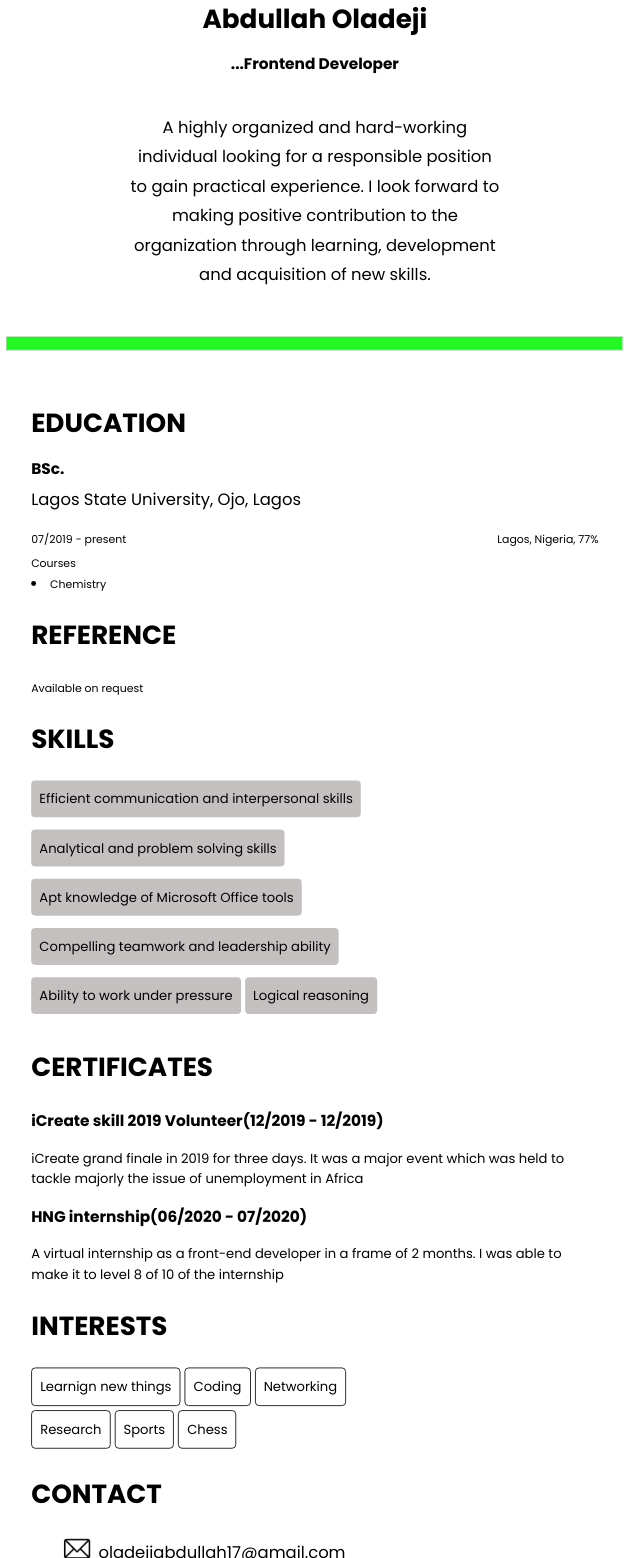
Repository: BuduCE/ResumeHNG
Page: index.html
An editor plug-in stored every save of this project. The page is shown before and after a run of saves, followed by the edit.
The browser window is 768 px wide. The pictures show the part of the page from y = 307 to 2207 px (the page is 3354 px tall before and 3333 px after), at 82% of full size.
A picture or video elsewhere on the page could not be fetched, so the positions and the page height are approximate. Some web libraries are served in a nearby version.

Above is the page before, as saved 2021-08-21 23:52:16.

### index.html
<!DOCTYPE html>
<html lang="eng">
    <head>
        <meta charset="utf-8">
        <meta name="viewport" content="width=device-width, initial-scale=1.0">
        <title>Abdullah Oladeji Aremu</title>
        <script src="https://kit.fontawesome.com/0f9b9f40b0.js" crossorigin="anonymous"></script>
        <link rel="stylesheet" href="style.css">


    </head>
    <body><!--style="background-color:rgb(109, 155, 201);"-->
        <header>
            <div class="header-img-mob">
                <img src="./images/budu.jpg" alt="Oladeji Abdullah's picture" id="header-abt-img">
            </div>

            <div class="header-abt">
                <h1>Abdullah Oladeji</h1><br>
                <h3>...Frontend Developer</h3><br>
                <p>A highly organized and hard-working individual looking for a responsible position
                    to gain practical experience. I look forward to making positive contribution to the organization through learning, development and
                    acquisition of new skills.</p>
            </div>

            <div class="header-img">
                <img src="./images/budu.jpg" alt="Oladeji Abdullah's picture" id="header-abt-img">
            </div>

            <div class="header-contact">
                <ul>
                    <li><a href="oladejiabdullah17@gmail.com">oladejiabdullah17@gmail.com</a><span><img src="./images/email.png" alt="Message icon"></span></li>

                    <li>07017320766 <span><img src="./images/smartphone.png" alt="Phone icon"></span></li>

                    <li>Lagos, Nigeria <span><img src="./images/pin.png" alt="Location icon"></span></li>

                    <li><a href="https://www.linkedin.com/in/abdullah-oladeji-340a52191">Oladeji Abdullah</a><span><img src="./images/smartphone.png" alt="Smartphone icon"></span></li>

                    <li><a href="twitter.com/OladejiAbdullah">OladejiAbdullah</a><span><img src="./images/twitter.png" alt="Twitter icon"></span></li>

                    <li><a href="https://github.com/BuduCE">BuduCE</a><span><img src="./images/github-logo.png" alt="Git icon"></span></li>

                    <li><a href="https://www.instagram.com/oladeji_abdullah/">oladeji_abdullah</a><span><img src="./images/instagram.png" alt="Instagram icon"></span></li>
                </ul>
            </div>
        </header>

        <hr style="height: 15px; background: rgb(36, 248, 36);">

        <section>
            <div class="left">
                <h1>EDUCATION</h1><br>
                <h3>BSc.</h3><br>
                <p>Lagos State University, Ojo, Lagos</p><br>
                <div style="margin-top: -20px;">
                    <div style="display: flex;justify-content: space-between;">
                        <small>07/2019 - present</small><br>
                        <small>Lagos, Nigeria, 77%</small>
                    </div>
                    <div>
                        <small>Courses</small><br>
                        <li><small>Chemistry</small></li>
                    </div>
                </div>

                <h1>REFERENCE</h1>
                <small>Available on request</small>
            </div>

            <div class="right">
                <h1>SKILLS</h1>
                <ul id="skill-list">
                    <li>Efficient communication and interpersonal skills</li>
                    <li>Analytical and problem solving skills</li>
                    <li>Apt knowledge of Microsoft Office tools</li>
                    <li>Compelling teamwork and leadership ability</li>
                    <div style="display: flex;width: 100%;">
                        <li>Ability to work under pressure</li>
                        <li class="interest-list-align">Logical reasoning</li>
                    </div>
                </ul>

                <h1>CERTIFICATES</h1>
                <h3>iCreate skill 2019 Volunteer(12/2019 - 12/2019)</h3>
                <p>iCreate grand finale in 2019 for three days. It was a major event which was held to tackle majorly the issue of unemployment  in Africa</p>

                <h3>HNG internship(06/2020 - 07/2020)</h3>
                <p>A virtual internship as a front-end developer in a frame of 2 months. I was able to make it to level 8 of 10 of the internship</p>

                <h1>INTERESTS</h1>
                <ul id="interest-list">
                    <div style="display: flex;width: 100%;">
                        <li>Learnign new things</li>
                        <li class="interest-list-align">Coding</li>
                        <li class="interest-list-align">Networking</li>
                    </div>
                    <div style="display: flex;width: 100%;">
                        <li>Research</li>
                        <li class="interest-list-align">Sports</li>
                        <li class="interest-list-align">Chess</li>
                    </div>
                </ul>

                <div id="clear-not">
                    <h1>CONTACT</h1>
                    <ul>
                        <li><span><img src="./images/email.png" alt="Message icon" style="background-color: white;"></span><a href="oladejiabdullah17@gmail.com">oladejiabdullah17@gmail.com</a></li>

                        <li><span><img src="./images/smartphone.png" alt="Phone icon"></span>07017320766</li>

                        <li><span><img src="./images/pin.png" alt="Location icon"></span>Lagos, Nigeria</li>

                        <li><span><img src="./images/smartphone.png" alt="Smartphone icon"></span><a href="https://www.linkedin.com/in/abdullah-oladeji-340a52191">Oladeji Abdullah</a></li>

                        <li><span><img src="./images/twitter.png" alt="Twitter icon"></span><a href="twitter.com/OladejiAbdullah">OladejiAbdullah</a></li>

                        <li><span><img src="./images/github-logo.png" alt="Git icon"></span><a href="https://github.com/BuduCE">BuduCE</a></li>

                        <li><span><img src="./images/instagram.png" alt="Instagram icon"></span><a href="https://www.instagram.com/oladeji_abdullah/">oladeji_abdullah</a></li>
                    </ul>


                    <h1>REFERENCE</h1>
                    <small>Available on request</small>
                </div>
            </div>
        </section>

        <section id="de-btn">
            <a href="name.html">
                <button>Goto Display Name</button>
            </a>
            <a href="https://training.zuri.team/">Check out Zuri training</a>
        </section>
    </body>
</html>

### style.css
@import url('https://fonts.googleapis.com/css2?family=Poppins:wght@400;700&display=swap');
body{
    color: black;
    background-color: white;
    font-family: 'Poppins', sans-serif;
}
header{
    display: grid;
    grid-template-columns: 1fr 1fr 1fr;
    padding: 50px;
    align-items: center;
    justify-content: center;
}
.header-abt h3{
    margin-top: -30px;
}
.header-abt p{
    width: 70%;
    margin-top: -15px;
    font-size: 20px;
    line-height: 1.8;
}
.header-img{
    text-align: center;
}
.header-img-mob{
    display: none;
}
#header-abt-img{
    width: 200px;
    border: solid rgb(36, 248, 36) 10px;
    border-radius: 100%;
    height: 200px;
}
.header-contact ul{
    list-style: none;
    text-align: right;
}
.header-contact ul li{
    font-size: 25px;
    margin-bottom: 10px;
    display: flex;
    align-items: center;
    justify-content: flex-end;
}
.header-contact ul li span{
    margin-left: 10px;
}
.header-contact ul a{
    text-decoration: none;
    color: black;
}
section{
    display: flex;
    padding: 30px;
}
section div{
    width: 50%;
}
section div h1{
    font-size: 2em;
}
.left h3{
    margin-top: -35px;
}
.left p{
    font-size: 20px;
    margin-top: -35px;
}
.right ul{
    list-style: none;
}
#skill-list{
    margin-left: -40px;
}
#skill-list li{
    background-color: rgb(196, 192, 192);
    border-radius: 5px;
    padding: 10px;
    margin-bottom: 15px;
    width:fit-content;
}
#interest-list{
    margin-left: -40px;
}
#interest-list li{
    border: solid black 1px;
    border-radius: 5px;
    padding: 10px;
    width: fit-content;
    margin-bottom: 5px;
}
.interest-list-align{
    margin-left: 5px;
}
#clear-not{
    display: none;
}
#de-btn{
    display: flex;
    flex-direction: column;
    margin: auto;
    text-align: center;
}
#de-btn a{
    text-decoration: none;
    color: black;
}
#de-btn a button{
    padding: 15px 30px;
    background: rgb(36, 248, 36);
    color: white;
}

/* Responsiveness */

@media(max-width:800px){
    header{
        display: grid;
        grid-template-columns: 1fr;
    }
    .header-abt{
        text-align: center;
    }
    .header-img{
        display: none;
    }
    .header-img-mob{
        display: block;
        text-align: center;
    }
    .header-abt p{
        /* width: 100%; */
        margin-top: -15px;
        font-size: 20px;
        text-align: center;
        margin: auto;
    }
    .header-contact{
        display: none;
    }
    section{
        flex-direction: column;
    }
    section div{
        width: 100%;
    }
    #clear{
        display: none;
    }
    #clear-not{
        display: block;
    }
    #clear-not ul li{
        font-size: 20px;
        margin-bottom: 10px;
        display: flex;
        align-items: center;
        justify-content: flex-start;
    }
    #clear-not ul li span{
        color: black;
        margin-right: 10px;
    }
    #clear-not ul a{
        color: black;
        text-decoration: none;
    }
}

After the next 2 saves:
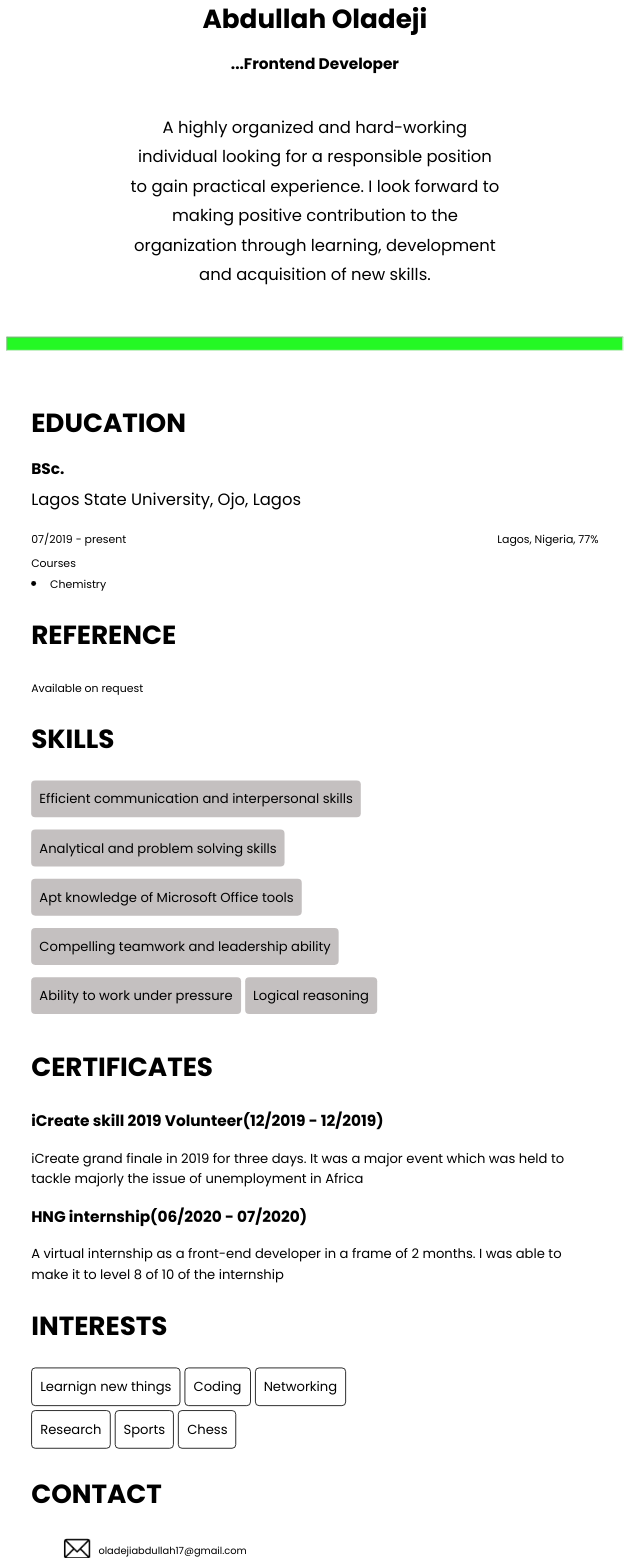
The 2 saves are shown as one change because they came seconds apart.
The last was saved 16 s later.
--- a/style.css
+++ b/style.css
@@ -152,7 +152,7 @@ section div h1{
         display: block;
     }
     #clear-not ul li{
-        font-size: 20px;
+        font-size: 12px;
         margin-bottom: 10px;
         display: flex;
         align-items: center;
